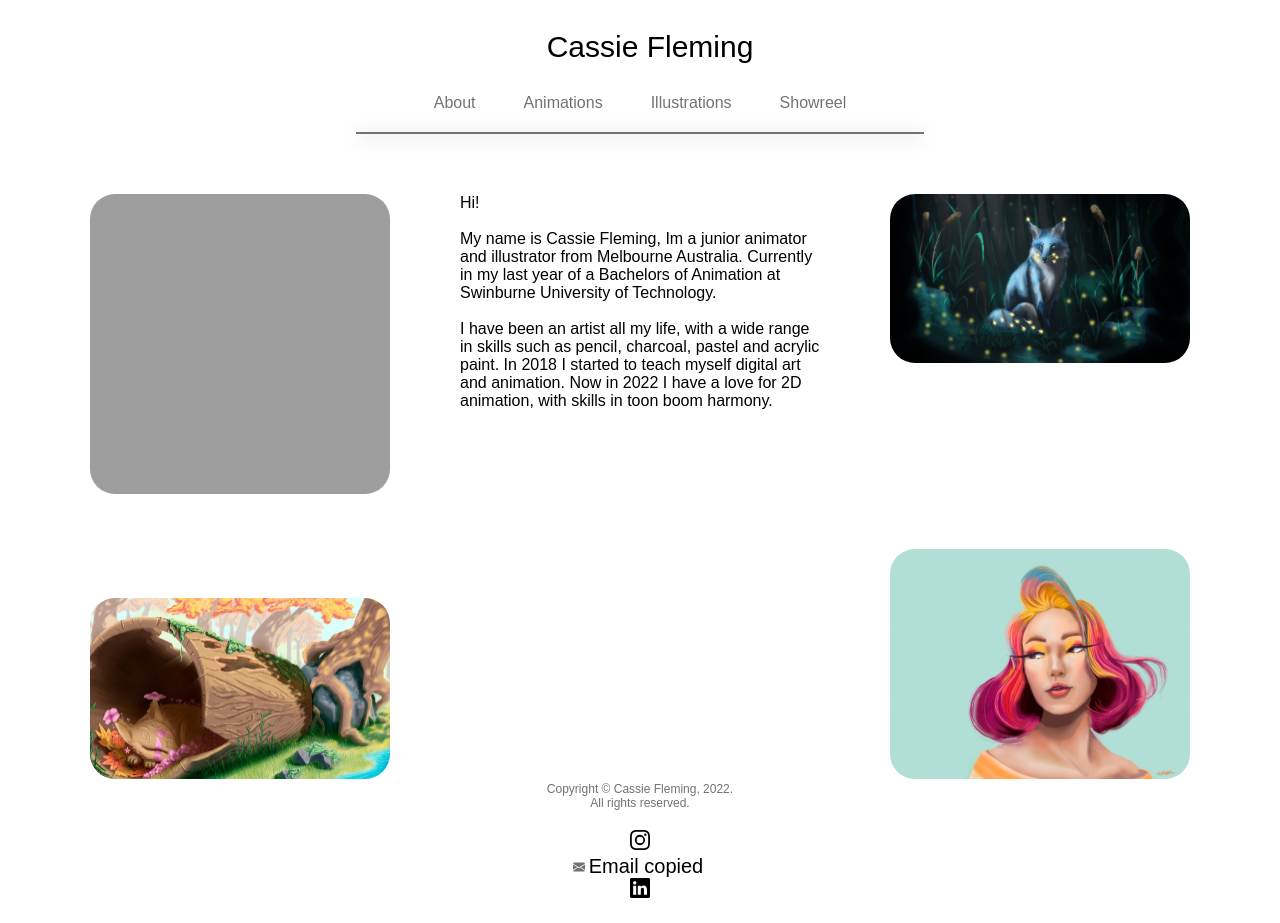
Repository: David-Waite/Cassie-Fleming-portfolio
Page: /
An editor plug-in stored every save of this project. The page is shown before and after the next save, followed by the edit.
The browser window is 1280 px wide. The pictures show the whole page.
Pictures or frames that could not be fetched are drawn as grey boxes. Some web fonts or font styles are not loaded; a fallback is used. The project was rebuilt for these pictures with package versions that can differ from the ones it lists, and the page was loaded fresh each time. The framework's server and built-in components were replaced by stand-ins that run in the browser. Also part of the build but not shown: next.config.js.

Above is the page before, as saved 2022-09-11 17:42:16.

After the next save:
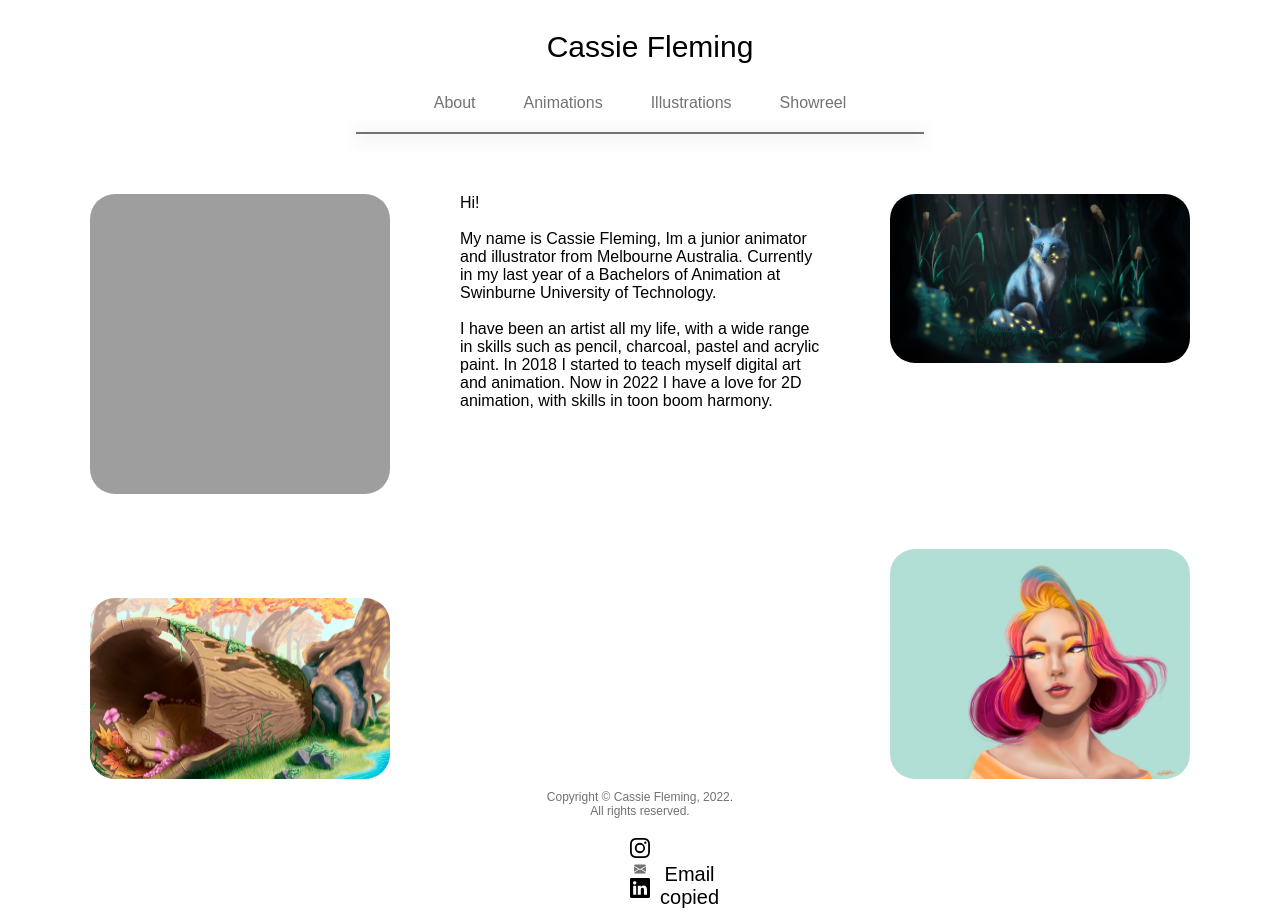
Saved 28 s later.
--- a/styles/globals.css
+++ b/styles/globals.css
@@ -94,6 +94,10 @@ footer {
   font-size: 20px;
 }
 
+.tooltip {
+  position: absolute;
+}
+
 @media (max-width: 810px) {
   .layout {
     margin: 20px 20px 0;

After the save that followed:
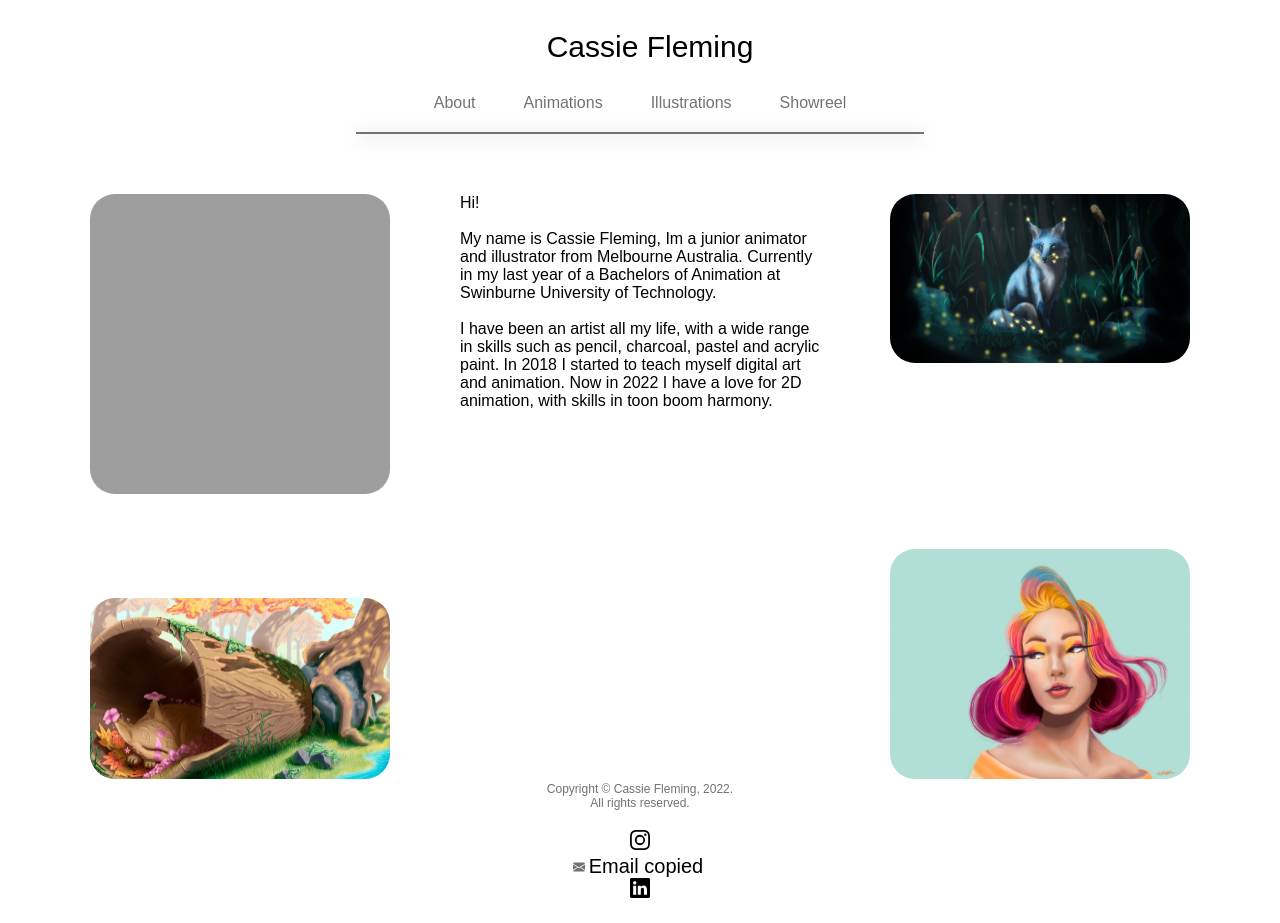
Saved 22 s later.
--- a/components/Layout.js
+++ b/components/Layout.js
@@ -56,12 +56,13 @@ export default function Layout({ children }) {
             </Link>
           </span>
           <div
+            className="email"
             onClick={() => {
               navigator.clipboard.writeText("cassie.fleming2000@gmail.com");
             }}
           >
             <EnvelopeFill />
-            <span class="tooltip">Email copied</span>
+            <span>Email copied</span>
           </div>
           <span>
             <Link href="http://www.linkedin.com/in/cassie-fleming-500a56204">
